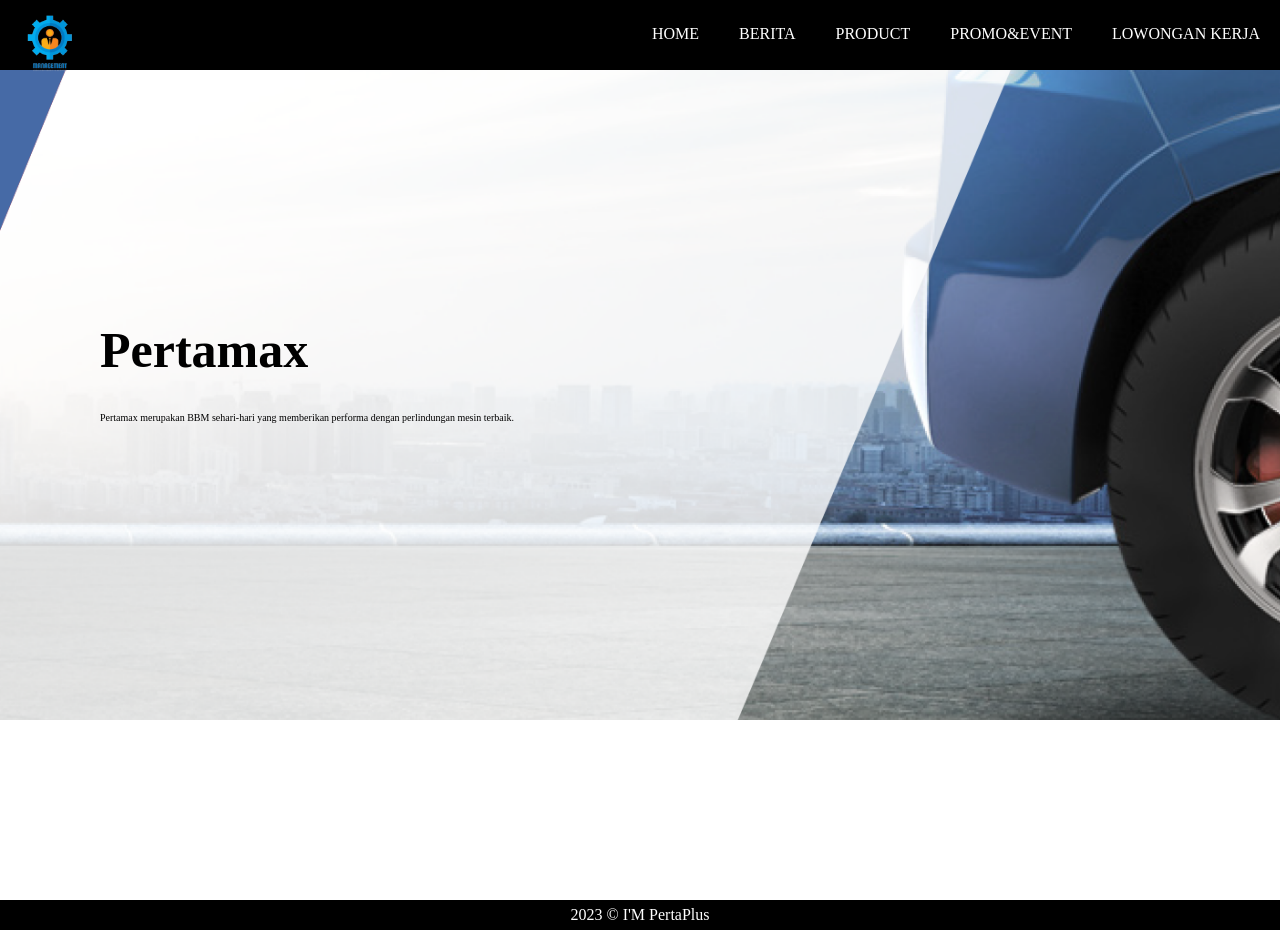
Repository: rizalardi34/project-mypertaplus
Page: pertamax.html
An editor plug-in stored every save of this project. The page is shown before and after the next save, followed by the edit.
The browser window is 1280 px wide. The pictures show the whole page.

Above is the page before, as saved 2023-04-25 13:09:36.

### pertamax.html
<html>
    <head>
        <title>Management Karyawan</title>
    </head>
    <body style="margin: 0; padding: 0; height: 100%;">
        <div>
            <div>
                <nav style="width:100%; background-color: black; position: fixed; top:0; height: 70px; display: flex; justify-content:space-between;">
                    <div class="logo">
                        <img src="logo.png" style="padding-top: 0px; padding-left: 10px; width: 80px;" >
                    </div>
                    <ul style="display: flex; list-style-type: none; line-height: 35px;">
                        <li><a href="./home.html" style="text-decoration: none; color:white; padding: 0px 20px;">HOME</a></li>
                        <li><a href="./profile.html" style="text-decoration: none; color:white; padding: 0px 20px; ">BERITA</a></li>
                        <li><a href="./product.html" style="text-decoration: none; color:white; padding: 0px 20px; ">PRODUCT</a></li>
                        <li><a href="dataKaryawan.html" style="text-decoration: none; color:white; padding: 0px 20px; ">PROMO&EVENT</a></li>
                        <li><a href="#" style="text-decoration: none; color:white; padding: 0px 20px; ">LOWONGAN KERJA</a></li>
                    </ul>
                </nav>
            </div>
            <div style="background-image: url(Main.png); background-repeat: no-repeat; background-size: cover; height: 100%;width: 100%; display: flex; justify-content: center; align-items: center;">
                <div style=" height: 100%; width: 100%; display: flex; justify-content: start; align-items: center; padding-left: 100px;">
                    <div style="width: 40%;">
                        <h1 style=" font-size: 50px; ">Pertamax</h1>
                        <p style=" font-size: 10px; ">Pertamax merupakan BBM sehari-hari yang memberikan performa dengan perlindungan mesin terbaik.</p>
                    </div>
                </div>
            </div>
            <div style="margin-top: 25vh;background-color: black;height: 30px;display: flex;justify-content: center;align-items: center;color: white;">
                <p>2023 © I'M PertaPlus</p>
            </div>
        </div>
    </body>
</html>

After the next save:
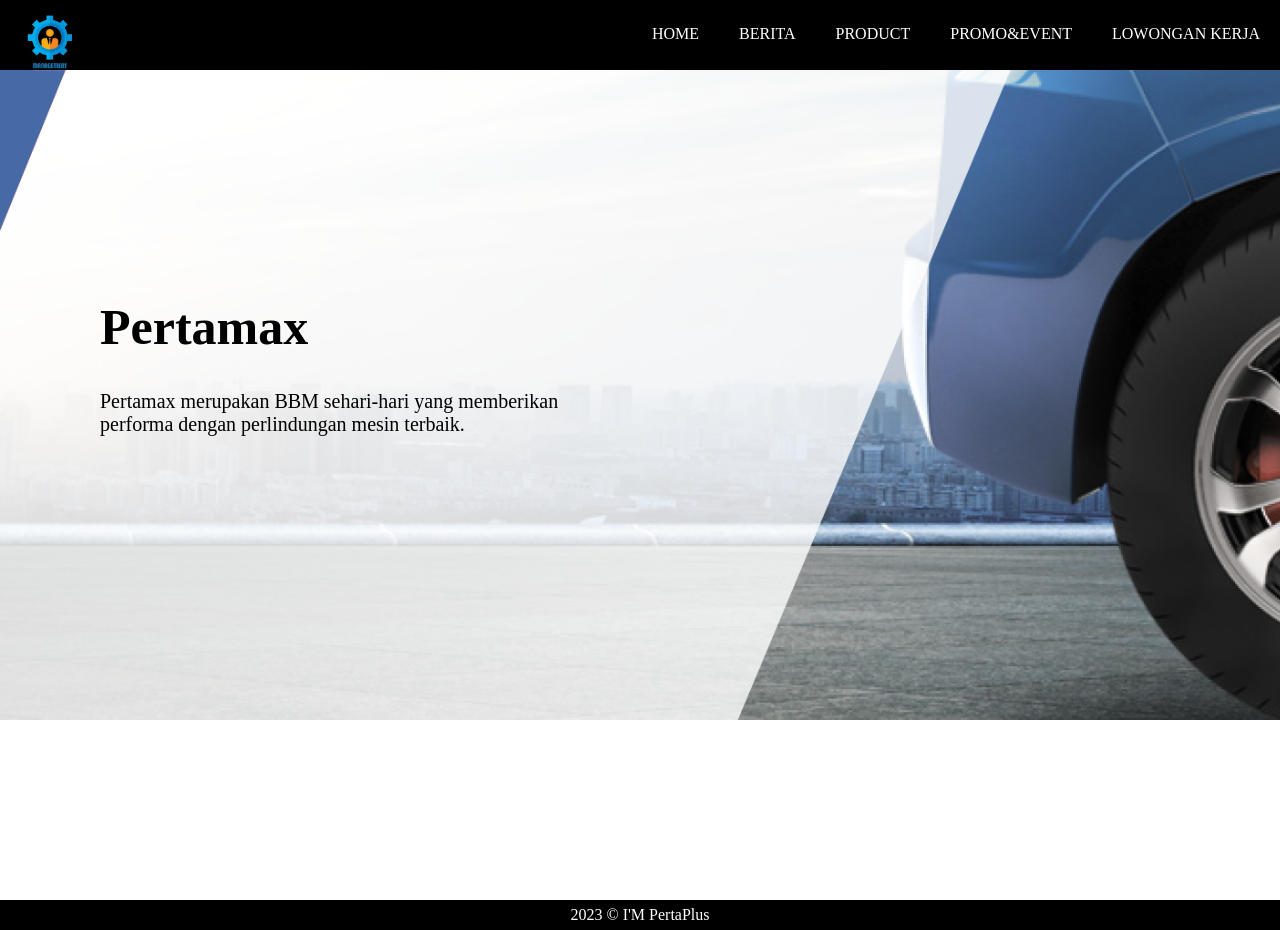
Saved 4 s later.
--- a/pertamax.html
+++ b/pertamax.html
@@ -22,7 +22,7 @@
                 <div style=" height: 100%; width: 100%; display: flex; justify-content: start; align-items: center; padding-left: 100px;">
                     <div style="width: 40%;">
                         <h1 style=" font-size: 50px; ">Pertamax</h1>
-                        <p style=" font-size: 10px; ">Pertamax merupakan BBM sehari-hari yang memberikan performa dengan perlindungan mesin terbaik.</p>
+                        <p style=" font-size: 20px; ">Pertamax merupakan BBM sehari-hari yang memberikan performa dengan perlindungan mesin terbaik.</p>
                     </div>
                 </div>
             </div>
